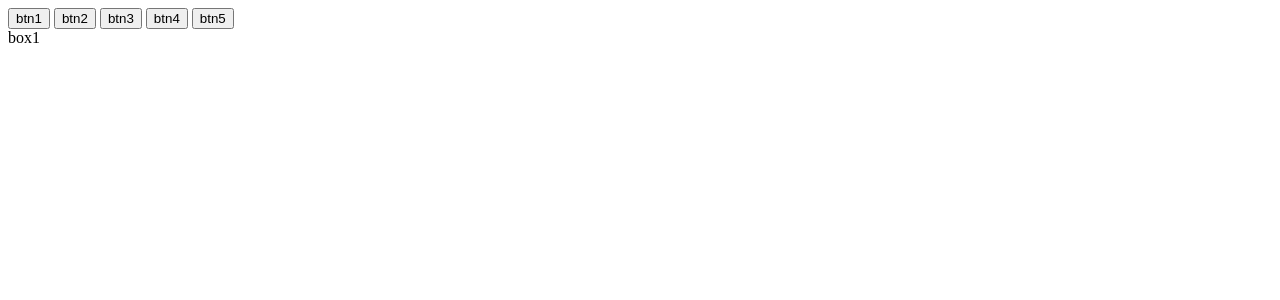
Repository: Shinhan1/shinhan
Page: http://localhost/web_goott/w20200323/jQueryEx06.jsp
These files come from the project's save history. The page is drawn as it stood at one moment and after the next save; the edit follows.
The browser window is 1280 px wide. The pictures show the whole page.
After loading, the first visible `#btn1` was clicked once.
The page is served by Tomcat 9.

Above is the page before, as saved 2020-03-23 07:37:26.

After the next save:
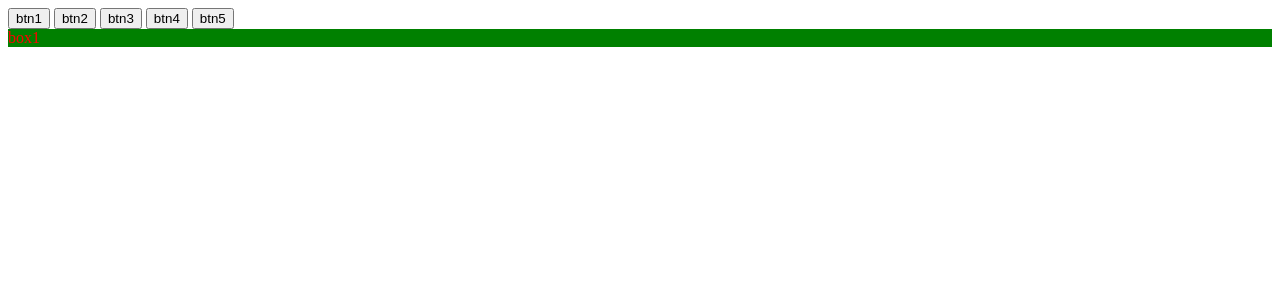
Console error: ReferenceError: box2 is not defined
Saved 18 s later.
--- a/web_goott/WebContent/w20200323/jQueryEx06.jsp
+++ b/web_goott/WebContent/w20200323/jQueryEx06.jsp
@@ -7,15 +7,12 @@
 <title>jQueryEx06.jsp</title>
 <script src="https://ajax.googleapis.com/ajax/libs/jquery/3.4.1/jquery.min.js"></script>
 <script type="text/javascript">
-	var box1 = $("#box1");
-	var box2 = $("#box2");
-	var box3 = $("#box3");
-	var box4 = $("#box4");
 	$(document).ready(function(){
 		// 1번 버튼을 누르면 CSS 효과를 적용하기
 		$("#btn1").click(function(){
 			// $을 이용하여 객체를 찾아가면 결국 느려짐 - $(선택자)를 변수로 선언해두면 리소스를 아낄수 있음
 
+			var box1 = $("#box1");
 			box1.css({
 				"color" : "red",
 				"background-color" : "green"
